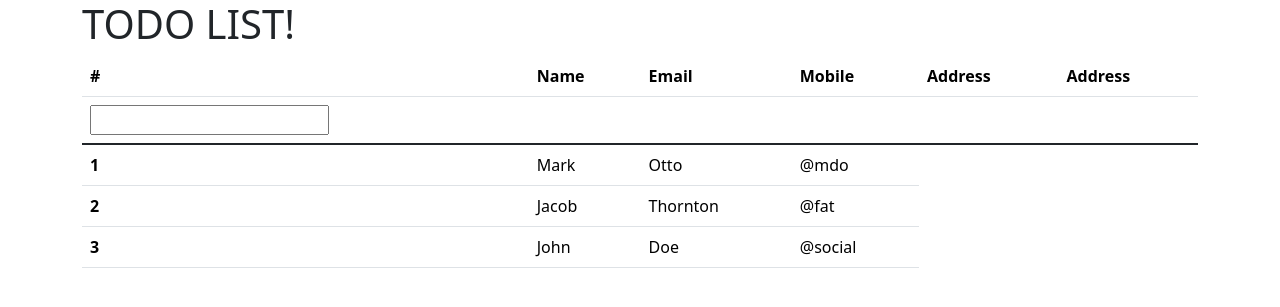
Repository: faizrehmandeveloper-spec/mern
Page: js/todo.html
The author's editor kept a copy of each file at every save. The page is drawn from the files as they stood at one save, then again after the next save.
The browser window is 1280 px wide. The pictures show the whole page.

Above is the page before, as saved 2026-06-25 11:34:27.

After the next save:
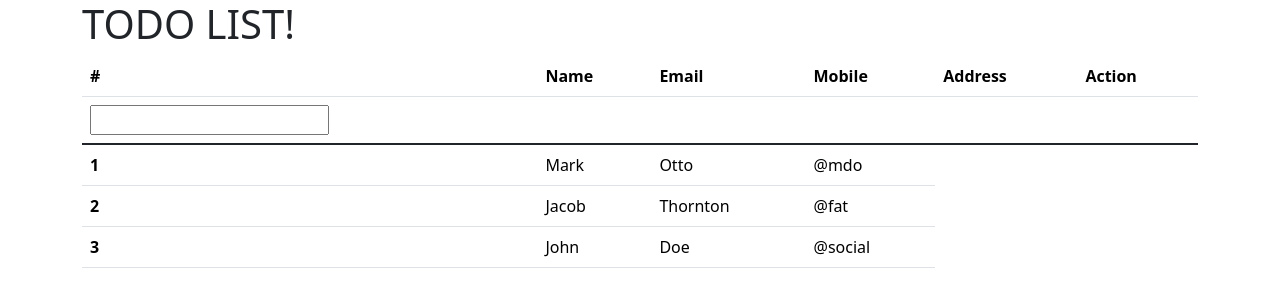
Saved 14 s later.
--- a/js/todo.html
+++ b/js/todo.html
@@ -20,10 +20,10 @@
                     <th scope="col">Email</th>
                     <th scope="col">Mobile</th>
                     <th scope="col">Address</th>
-                    <th scope="col">Address</th>
+                    <th scope="col">Action</th>
                 </tr>
                 <tr>
-                    <th><input type="text"></th>
+                    <th><input type="text" ></th>
                 </tr>
             </thead>
             <tbody class="table-group-divider">
